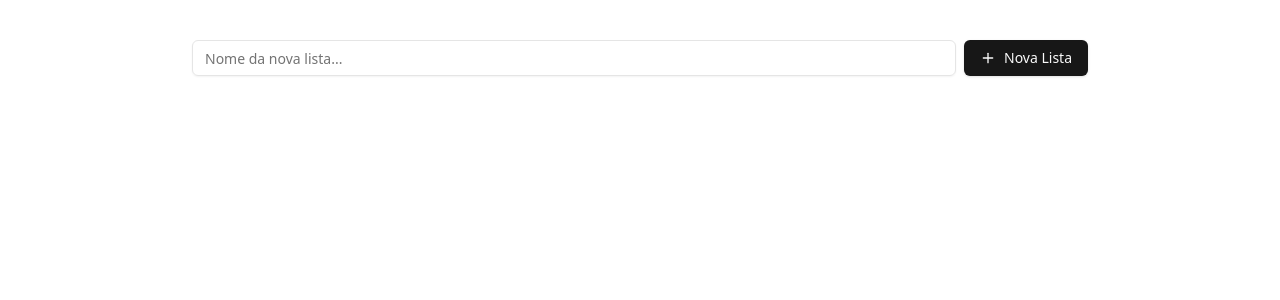
Repository: ribeirosacarlos/ts-frontend
Page: /
The author's editor kept a copy of each file at every save. The page is drawn from the files as they stood at one save, then again after the next save.
The browser window is 1280 px wide. The pictures show the whole page.
The page's requests for data from a server got no answer. The project was rebuilt for these pictures with package versions that can differ from the ones it lists, and the page was loaded fresh each time. No one was signed in, and anything a server would have sent is missing. Also part of the build but not shown: vite.config.ts, src/components/ui/checkbox.tsx, src/components/ui/card.tsx.

Above is the page before, as saved 2025-05-15 15:48:25.

### src/App.tsx
import { useEffect, useState } from 'react'
import { Input } from "@/components/ui/input";
import { Button } from "@/components/ui/button";
import { Checkbox } from "@/components/ui/checkbox";
import { Card, CardContent } from "@/components/ui/card";
import { Trash2, Plus } from "lucide-react";

type Task = {
  id: number;
  to_do_list_id: number;
  description: string;
  is_completed: number;
  created_at: string;
  updated_at: string;
}

type TodoList = {
  id: number;
  name: string;
  created_at: string;
  updated_at: string;
  tasks: Task[];
}

function App() {
  const [todoLists, setTodoLists] = useState<TodoList[]>([]);
  const [newTasks, setNewTasks] = useState<{ [key: number]: string }>({});
  const [newListName, setNewListName] = useState("");

  useEffect(() => {
    fetchTodoLists();
  }, []);

  const fetchTodoLists = async () => {
    try {
      const response = await fetch("http://localhost:8080/api/to-do-lists");
      const data = await response.json();
      setTodoLists(data);
    } catch (error) {
      console.error("Erro ao buscar listas:", error);
    }
  };

  const createNewList = async () => {
    if (!newListName.trim()) return;

    try {
      await fetch("http://localhost:8080/api/to-do-lists", {
        method: "POST",
        headers: { "Content-Type": "application/json" },
        body: JSON.stringify({ name: newListName }),
      });
      setNewListName("");
      fetchTodoLists();
    } catch (error) {
      console.error("Erro ao criar lista:", error);
    }
  };

  const deleteList = async (listId: number) => {
    try {
      await fetch(`http://localhost:8080/api/to-do-lists/${listId}`, {
        method: "DELETE",
      });
      fetchTodoLists();
    } catch (error) {
      console.error("Erro ao excluir lista:", error);
    }
  };

  const createTask = async (listId: number) => {
    const taskDescription = newTasks[listId];
    if (!taskDescription?.trim()) return;

    try {
      await fetch("http://localhost:8080/api/tasks", {
        method: "POST",
        headers: { "Content-Type": "application/json" },
        body: JSON.stringify({
          description: taskDescription,
          to_do_list_id: listId
        }),
      });
      setNewTasks(prev => ({ ...prev, [listId]: "" }));
      fetchTodoLists();
    } catch (error) {
      console.error("Erro ao criar tarefa:", error);
    }
  };

  const toggleTask = async (task: Task) => {
    try {
      await fetch(`http://localhost:3333/tasks/${task.id}`, {
        method: "PUT",
        headers: { "Content-Type": "application/json" },
        body: JSON.stringify({
          is_completed: task.is_completed ? 0 : 1,
        }),
      });
      fetchTodoLists();
    } catch (error) {
      console.error("Erro ao atualizar tarefa:", error);
    }
  };

  const deleteTask = async (taskId: number) => {
    try {
      await fetch(`http://localhost:8080/api/tasks/${taskId}`, {
        method: "DELETE",
      });
      fetchTodoLists();
    } catch (error) {
      console.error("Erro ao excluir tarefa:", error);
    }
  };

  return (
    <div className="max-w-4xl mx-auto mt-10 space-y-8">
      <div className="flex gap-2 mb-8">
        <Input
          placeholder="Nome da nova lista..."
          value={newListName}
          onChange={(e: React.ChangeEvent<HTMLInputElement>) => setNewListName(e.target.value)}
          onKeyDown={(e: React.KeyboardEvent<HTMLInputElement>) => {
            if (e.key === "Enter") createNewList();
          }}
        />
        <Button onClick={createNewList} className="flex items-center gap-2">
          <Plus className="h-4 w-4" />
          Nova Lista
        </Button>
      </div>

      {todoLists.map((list) => (
        <div key={list.id} className="space-y-4">
          <div className="flex items-center justify-between">
            <h2 className="text-2xl font-bold">{list.name}</h2>
            <Button
              variant="ghost"
              size="icon"
              className="h-8 w-8"
              onClick={() => deleteList(list.id)}
            >
              <Trash2 className="h-4 w-4" />
            </Button>
          </div>

          <div className="flex gap-2">
            <Input
              placeholder="Digite uma nova tarefa..."
              value={newTasks[list.id] || ""}
              onChange={(e: React.ChangeEvent<HTMLInputElement>) =>
                setNewTasks(prev => ({ ...prev, [list.id]: e.target.value }))
              }
              onKeyDown={(e: React.KeyboardEvent<HTMLInputElement>) => {
                if (e.key === "Enter") createTask(list.id);
              }}
            />
            <Button onClick={() => createTask(list.id)}>Adicionar</Button>
          </div>

          <div className="space-y-2">
            {list.tasks.map((task) => (
              <Card key={task.id}>
                <CardContent className="flex items-center justify-between p-4">
                  <div className="flex items-center gap-2">
                    <Checkbox
                      checked={task.is_completed === 1}
                      onCheckedChange={() => toggleTask(task)}
                    />
                    <span
                      className={`${
                        task.is_completed === 1 ? "line-through text-gray-400" : ""
                      }`}
                    >
                      {task.description}
                    </span>
                  </div>
                  <Button
                    variant="ghost"
                    size="icon"
                    className="h-8 w-8"
                    onClick={() => deleteTask(task.id)}
                  >
                    <Trash2 className="h-4 w-4" />
                  </Button>
                </CardContent>
              </Card>
            ))}
          </div>
        </div>
      ))}
    </div>
  );
}

export default App

### src/components/ui/input.tsx
import * as React from "react"

import { cn } from "@/lib/utils"

const Input = React.forwardRef<HTMLInputElement, React.ComponentProps<"input">>(
  ({ className, type, ...props }, ref) => {
    return (
      <input
        type={type}
        className={cn(
          "flex h-9 w-full rounded-md border border-input bg-transparent px-3 py-1 text-base shadow-sm transition-colors file:border-0 file:bg-transparent file:text-sm file:font-medium file:text-foreground placeholder:text-muted-foreground focus-visible:outline-none focus-visible:ring-1 focus-visible:ring-ring disabled:cursor-not-allowed disabled:opacity-50 md:text-sm",
          className
        )}
        ref={ref}
        {...props}
      />
    )
  }
)
Input.displayName = "Input"

export { Input }

### src/components/ui/button.tsx
import * as React from "react"
import { Slot } from "@radix-ui/react-slot"
import { cva, type VariantProps } from "class-variance-authority"

import { cn } from "@/lib/utils"

const buttonVariants = cva(
  "inline-flex items-center justify-center gap-2 whitespace-nowrap rounded-md text-sm font-medium transition-colors focus-visible:outline-none focus-visible:ring-1 focus-visible:ring-ring disabled:pointer-events-none disabled:opacity-50 [&_svg]:pointer-events-none [&_svg]:size-4 [&_svg]:shrink-0",
  {
    variants: {
      variant: {
        default:
          "bg-primary text-primary-foreground shadow hover:bg-primary/90",
        destructive:
          "bg-destructive text-destructive-foreground shadow-sm hover:bg-destructive/90",
        outline:
          "border border-input bg-background shadow-sm hover:bg-accent hover:text-accent-foreground",
        secondary:
          "bg-secondary text-secondary-foreground shadow-sm hover:bg-secondary/80",
        ghost: "hover:bg-accent hover:text-accent-foreground",
        link: "text-primary underline-offset-4 hover:underline",
      },
      size: {
        default: "h-9 px-4 py-2",
        sm: "h-8 rounded-md px-3 text-xs",
        lg: "h-10 rounded-md px-8",
        icon: "h-9 w-9",
      },
    },
    defaultVariants: {
      variant: "default",
      size: "default",
    },
  }
)

export interface ButtonProps
  extends React.ButtonHTMLAttributes<HTMLButtonElement>,
    VariantProps<typeof buttonVariants> {
  asChild?: boolean
}

const Button = React.forwardRef<HTMLButtonElement, ButtonProps>(
  ({ className, variant, size, asChild = false, ...props }, ref) => {
    const Comp = asChild ? Slot : "button"
    return (
      <Comp
        className={cn(buttonVariants({ variant, size, className }))}
        ref={ref}
        {...props}
      />
    )
  }
)
Button.displayName = "Button"

export { Button, buttonVariants }

Loaded but not shown: index.html (common file); src/main.tsx (common file); src/index.css (common file); src/lib/utils.ts (common file); tailwind.config.js (common file)

After the next save:
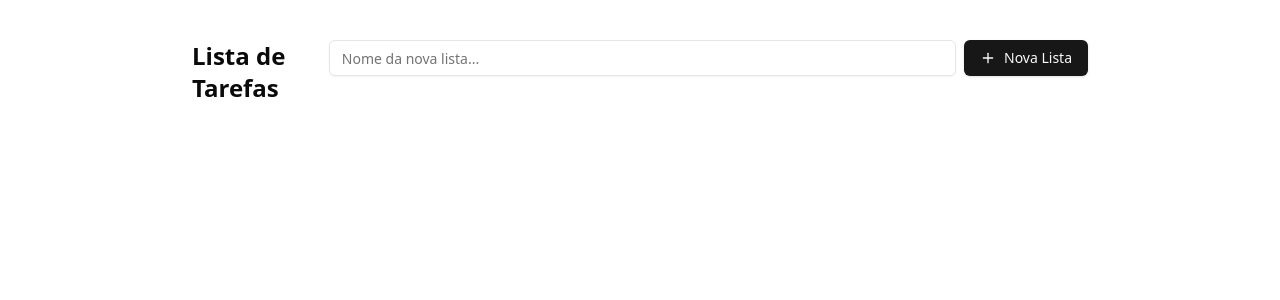
Saved 2 min 34 s later.
--- a/src/App.tsx
+++ b/src/App.tsx
@@ -117,6 +117,7 @@ function App() {
   return (
     <div className="max-w-4xl mx-auto mt-10 space-y-8">
       <div className="flex gap-2 mb-8">
+        <h2 className="text-2xl font-bold">Lista de Tarefas</h2>
         <Input
           placeholder="Nome da nova lista..."
           value={newListName}
